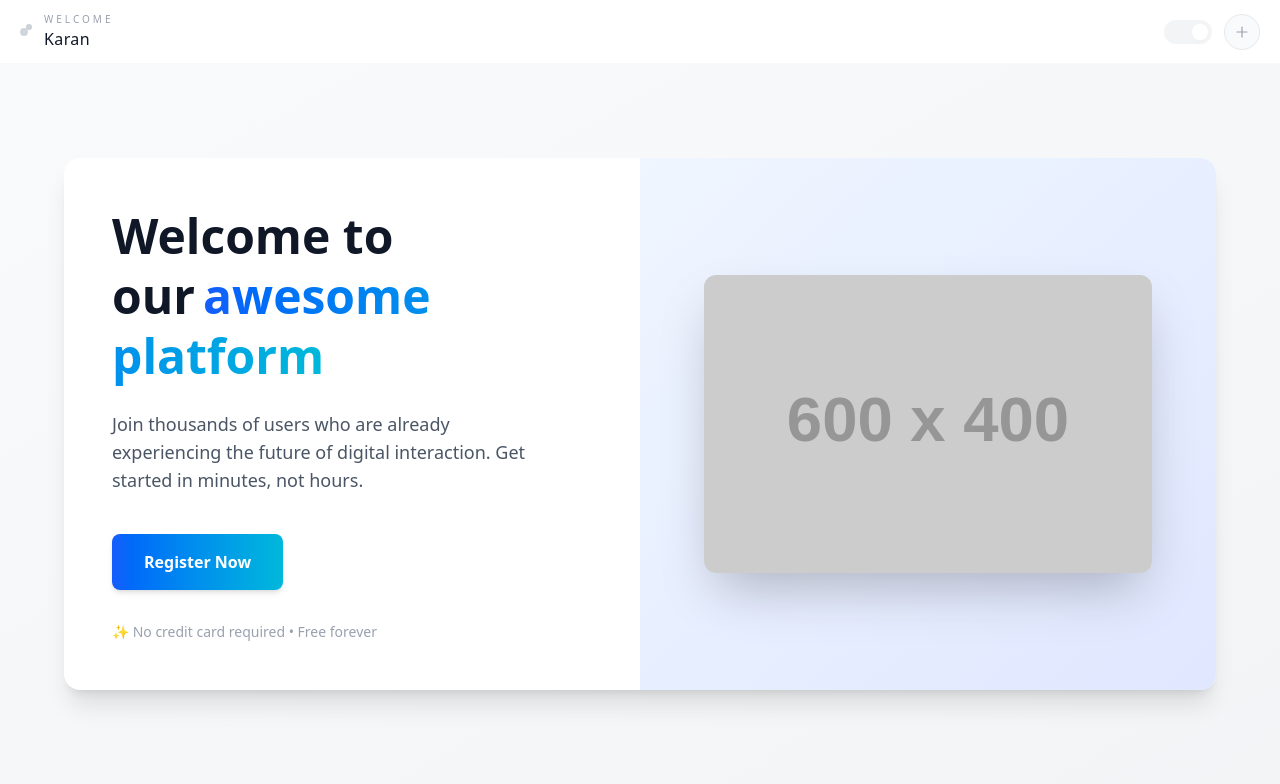
Repository: deepak445566/job
Page: / (app in frontend/)
The author's editor kept a copy of each file at every save. The page is drawn from the files as they stood at one save, then again after the next save.
The browser window is 1280 px wide. The pictures show the whole page.
The page's requests for data from a server got no answer. Some web fonts or font styles are not loaded; a fallback is used. The project was rebuilt for these pictures with package versions that can differ from the ones it lists, and the page was loaded fresh each time. Some packages were replaced by stand-ins written for this rebuild. No one was signed in, and anything a server would have sent is missing. Also part of the build but not shown: frontend/vite.config.js, frontend/src/Components/auth/Login.jsx, frontend/src/Components/study/StudyDashboard.jsx, frontend/src/Components/chill/ChillDashboard.jsx.

Above is the page before, as saved 2026-02-26 13:52:25.

After the next save:
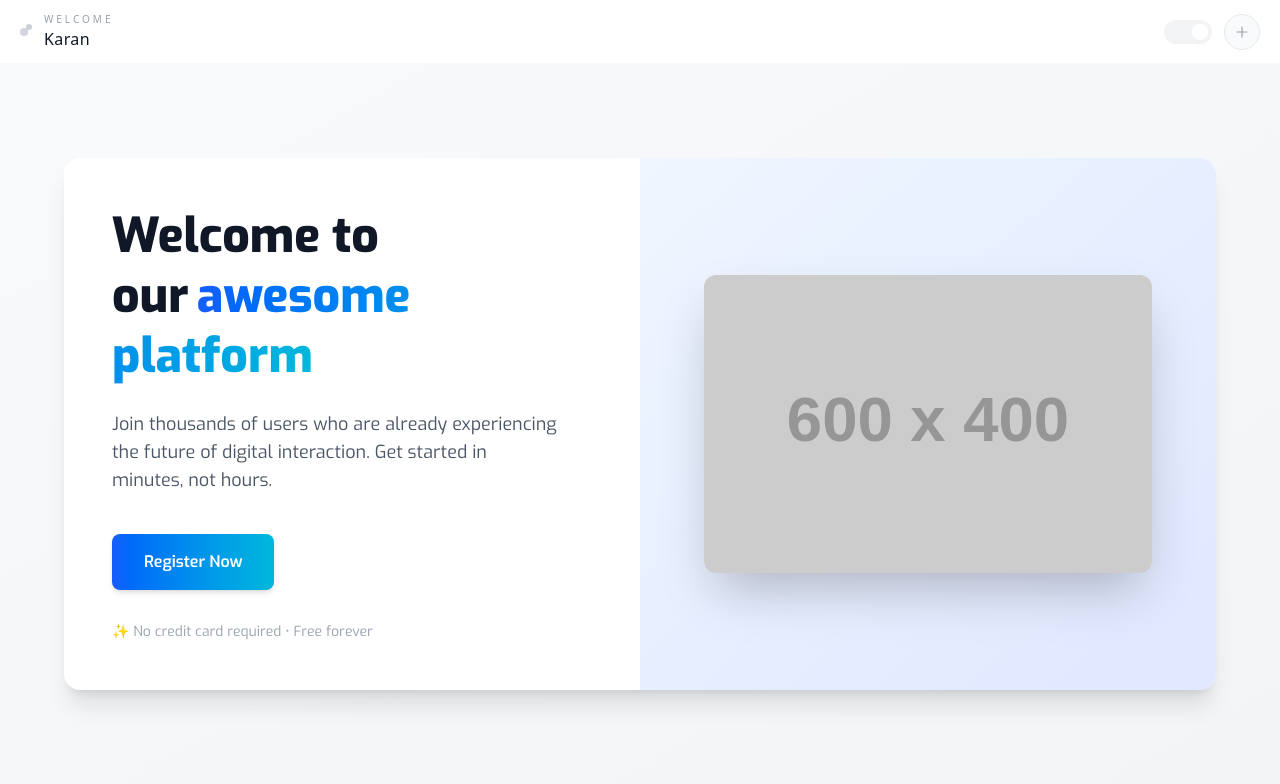
Saved 13 s later.
--- a/frontend/src/Components/Dashboard.jsx
+++ b/frontend/src/Components/Dashboard.jsx
@@ -22,7 +22,7 @@ function Dashboard() {
   // Agar user login nahi hai
   if (!user) {
     return (
-     <div className="min-h-screen bg-gradient-to-br from-slate-50 to-gray-100 flex items-center justify-center p-4 sm:p-6">
+     <div className="min-h-screen bg-gradient-to-br from-slate-50 to-gray-100 flex items-center justify-center p-4 sm:p-6 exo">
       {/* Main content card - adds a subtle container, but you can remove it for a full-width layout */}
       <div className="max-w-6xl w-full bg-white shadow-xl rounded-2xl overflow-hidden flex flex-col md:flex-row">
 
